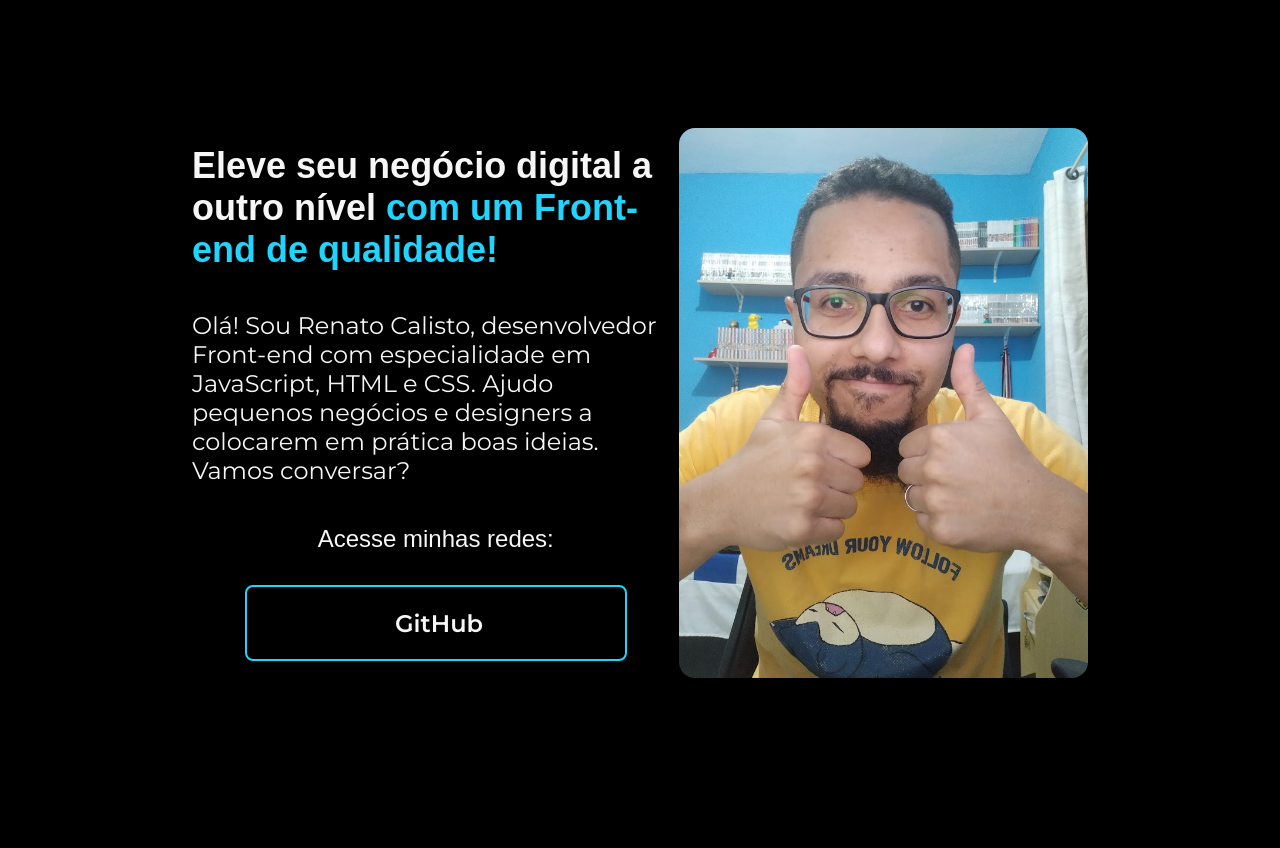
Repository: RenatoCCS/Portfolio_Alura
Page: index.html
These files come from the project's save history. The page is drawn as it stood at one moment and after the next save; the edit follows.
The browser window is 1280 px wide. The pictures show the whole page.
Some web fonts or font styles are not loaded; a fallback is used.

Above is the page before, as saved 2023-02-28 15:18:45.

### index.html
<!DOCTYPE html>
<html lang="pt-br">
  <head>
    <meta charset="UTF-8" />
    <meta http-equiv="X-UA-Compatible" content="IE=edge" />
    <meta name="viewport" content="width=device-width, initial-scale=1.0" />
    <title>Portfolio</title>
    <link rel="stylesheet" href="style.css" />
  </head>
  <body>
    <header></header>
    <main class="apresentacao">
      <section class="apresentacao__conteudo">
        <h1 class="apresentacao__conteudo__titulo">
          Eleve seu negócio digital a outro nível
          <strong class="titulo-destaque">
            com um Front-end de qualidade!
          </strong>
        </h1>
        <p class="apresentacao__conteudo__texto">
          Olá! Sou Renato Calisto, desenvolvedor Front-end com especialidade em
          JavaScript, HTML e CSS. Ajudo pequenos negócios e designers a
          colocarem em prática boas ideias. Vamos conversar?
        </p>
        <div class="apresentacao__links">
          <h2 class="apresentacao__links__subtitulo">Acesse minhas redes:</h2>

          <a
            class="apresentacao__links__link"
            href="https://github.com/RenatoCCS"
          >
            <img src="" alt="" />
            GitHub
          </a>
        </div>
      </section>
      <img
        class="apresentacao__foto"
        src="./assets/renato.jpg"
        alt="Renato fazendo sinal de positivo com ambas as mãos"
      />
    </main>
    <footer></footer>
  </body>
</html>

### style.css
@import url('https://fonts.googleapis.com/css2?family=Krona+One&family=Montserrat:wght@400;600&display=swap');

* {
  margin: 0;
  padding: 0;
}

body {
  height: 100vh;
  box-sizing: border-box;
  background-color: #000000;
  color: #f6f6f6;
}

.titulo-destaque {
  color: #22d4fd;
}

.apresentacao {
  margin: 10% 15%;
  display: flex;
  align-items: center;
  justify-content: space-between;
}

.apresentacao__conteudo {
  width: 615px;
  display: flex;
  flex-direction: column;
  gap: 40px;
}

.apresentacao__conteudo__titulo {
  font-size: 36px;
  font-family: 'Krona One', sans-serif;
}

.apresentacao__conteudo__texto {
  font-size: 24px;
  font-family: 'Montserrat', sans-serif;
}

.apresentacao__links {
  display: flex;
  flex-direction: column;
  justify-content: space-between;
  align-items: center;
  gap: 32px;
}

.apresentacao__links__subtitulo {
  font-family: 'Krona One', sans-serif;
  font-weight: 400;
  font-size: 24px;
}

.apresentacao__links__link {
  /* background-color: #22d4fd; foi trocado o estilo*/
  border: 2px solid #22d4fd;
  width: 378px;
  text-align: center;
  border-radius: 8px;
  font-size: 24px;
  font-weight: 600;
  padding: 21.5px 0;
  text-decoration: none;
  color: #f6f6f6;
  font-family: 'Montserrat', sans-serif;
}

/*Utilizei minha foto e fui adaptando o tamanho de acordo com o que tinha no figma*/
.apresentacao__foto {
  height: 550px;
  width: 490px;
  left: 1032px;
  top: 253px;
  border-radius: 16px;
}

After the next save:
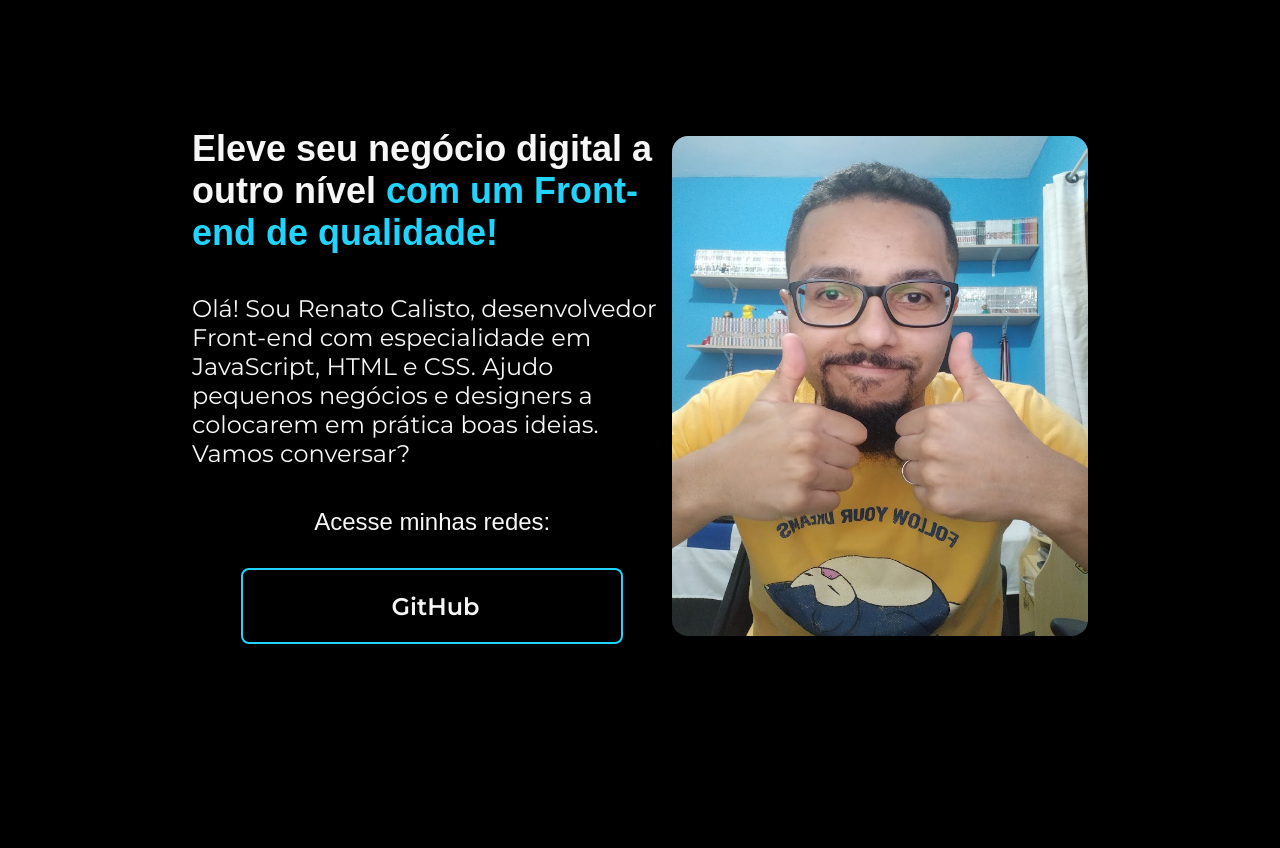
Saved 44 s later.
--- a/style.css
+++ b/style.css
@@ -70,8 +70,8 @@
 
 /*Utilizei minha foto e fui adaptando o tamanho de acordo com o que tinha no figma*/
 .apresentacao__foto {
-  height: 550px;
-  width: 490px;
+  height: 500px;
+  width: 532px;
   left: 1032px;
   top: 253px;
   border-radius: 16px;

After the save that followed:
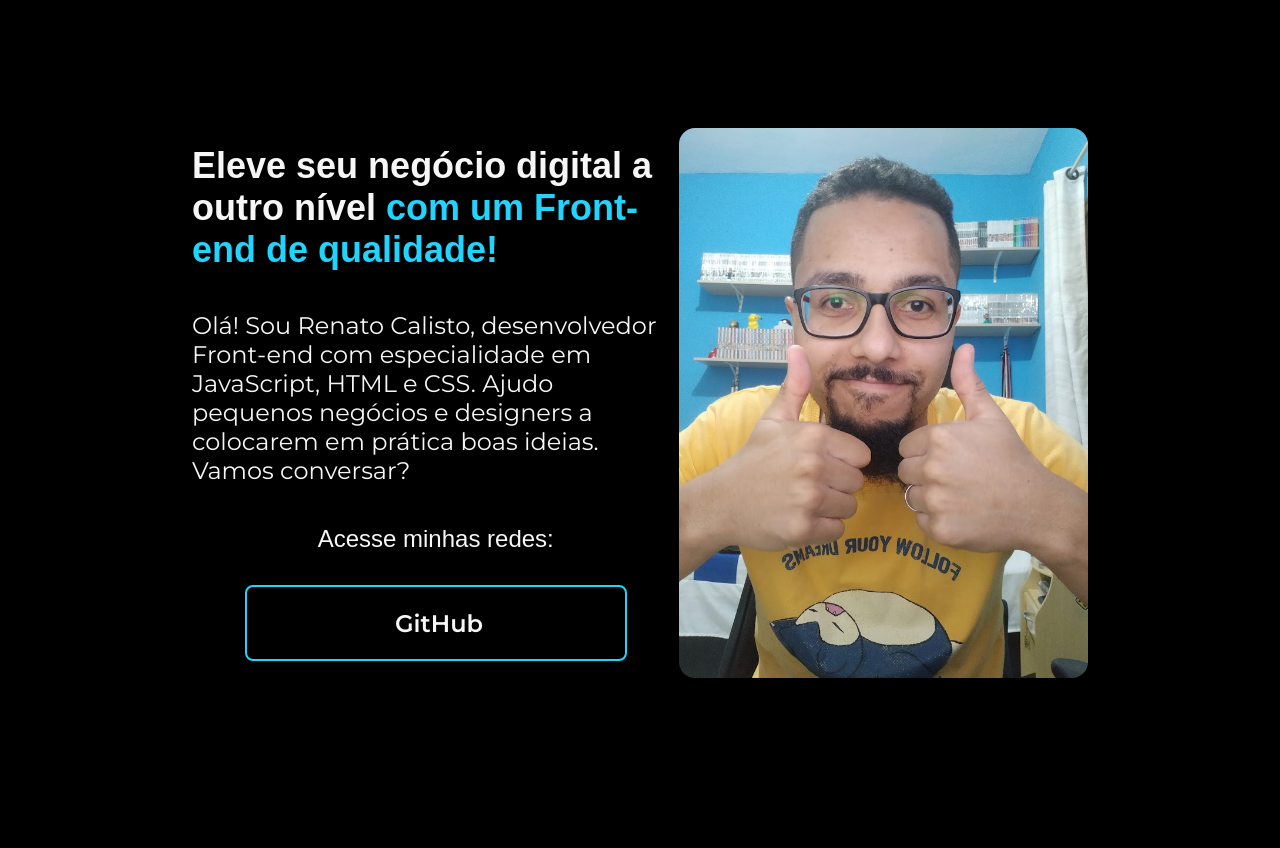
Saved 7 s later.
--- a/style.css
+++ b/style.css
@@ -70,8 +70,8 @@
 
 /*Utilizei minha foto e fui adaptando o tamanho de acordo com o que tinha no figma*/
 .apresentacao__foto {
-  height: 500px;
-  width: 532px;
+  height: 550px;
+  width: 490px;
   left: 1032px;
   top: 253px;
   border-radius: 16px;
